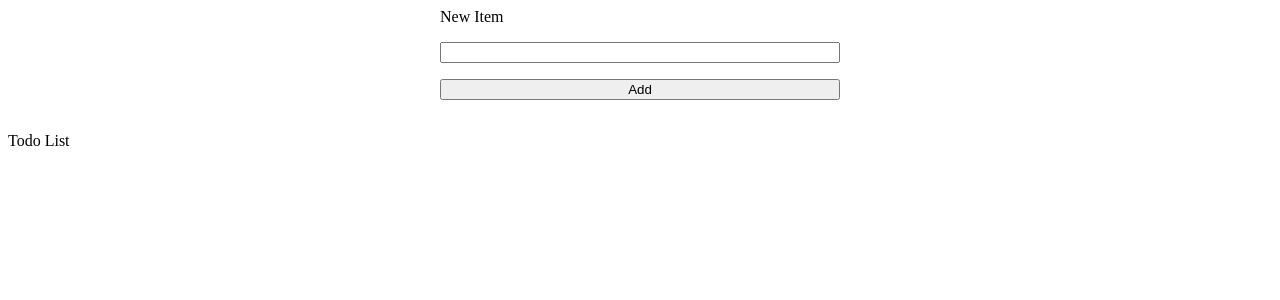
Repository: emmanuel2011-program/react-to-do-list
Page: /
An editor plug-in stored every save of this project. The page is shown before and after a run of saves, followed by the edit.
The browser window is 1280 px wide. The pictures show the whole page.
The project was rebuilt for these pictures with package versions that can differ from the ones it lists, and the page was loaded fresh each time. Also part of the build but not shown: vite.config.js.

Above is the page before, as saved 2025-11-02 03:08:56.

After the next 2 saves:
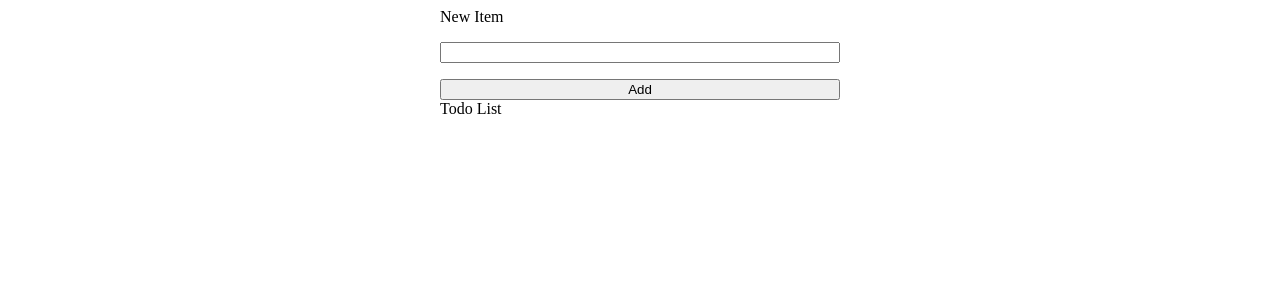
The 2 saves are shown as one change because they came seconds apart.
The last was saved 16 s later.
--- a/src/styles.css
+++ b/src/styles.css
@@ -39,6 +39,7 @@
   flex-direction: column;
   gap: 1rem; /* space between rows if you add more later */
   max-width: 400px;
-  margin-top: 2rem;
+  margin: 0 auto;
+
 
 }
